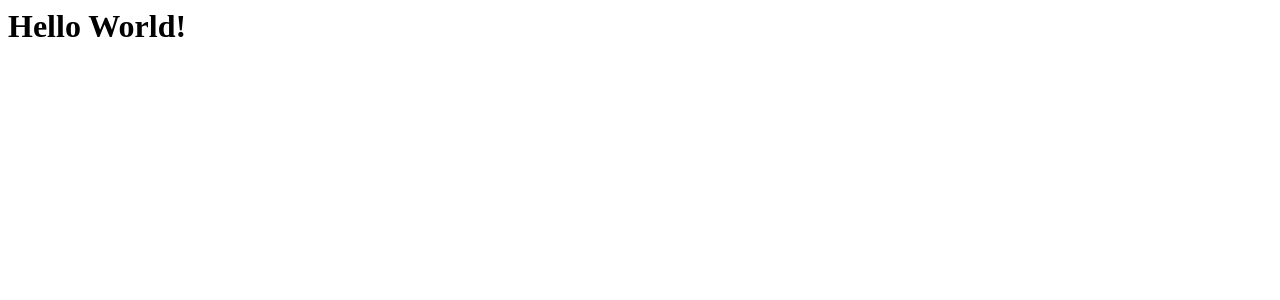
Repository: xiangxiangxiong9/xiangxiangxiong9.github.io
Page: index.html
The author's editor kept a copy of each file at every save. The page is drawn from the files as they stood at one save, then again after the next save.
The browser window is 1280 px wide. The pictures show the whole page.

Above is the page before, as saved 2020-06-30 15:39:15.

### index.html
<form>
  <head>
    <h1>Hello World!<h1>
  </head>
</form>

After the next save:
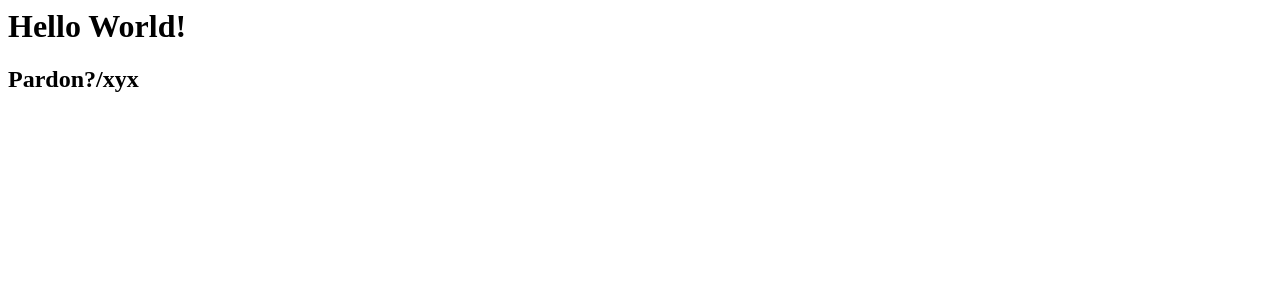
Saved 2 min 14 s later.
--- a/index.html
+++ b/index.html
@@ -1,5 +1,6 @@
 <form>
   <head>
     <h1>Hello World!<h1>
+    <h2>Pardon?/xyx</h2>
   </head>
 </form>
